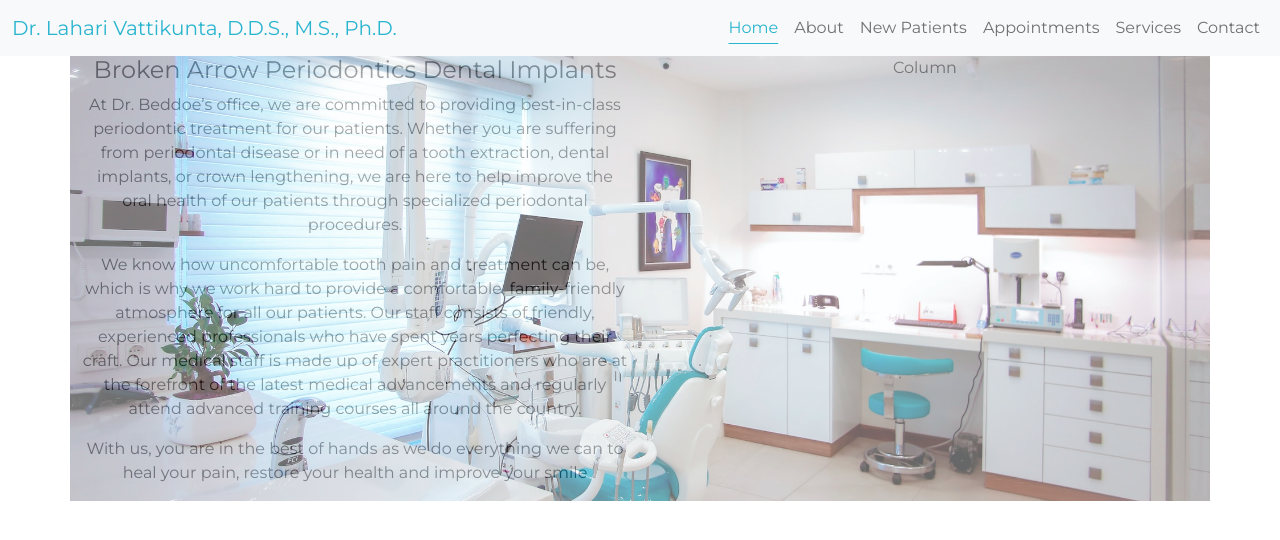
Repository: vineetha2438/baperio
Page: index.html
An editor plug-in stored every save of this project. The page is shown before and after the next save, followed by the edit.
The browser window is 1280 px wide. The pictures show the whole page.

Above is the page before, as saved 2022-11-13 19:24:17.

After the next save:
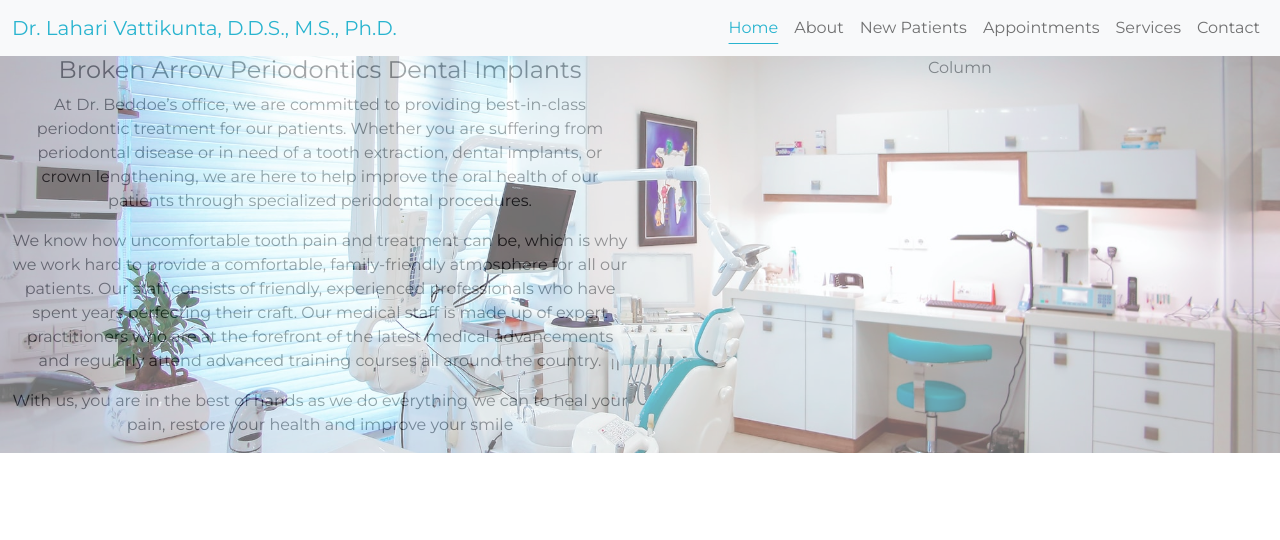
Saved 114 s later.
--- a/index.html
+++ b/index.html
@@ -49,7 +49,7 @@
       </div>
     </div>
   </nav>
-  <div class="container text-center">
+  <div class="container-fluid text-center">
     <div class="row section-one">
       <div class="clinic-bg" data-image="clinic_bg.jpeg"></div>
       <div class="col-sm-12 col-md-6">
